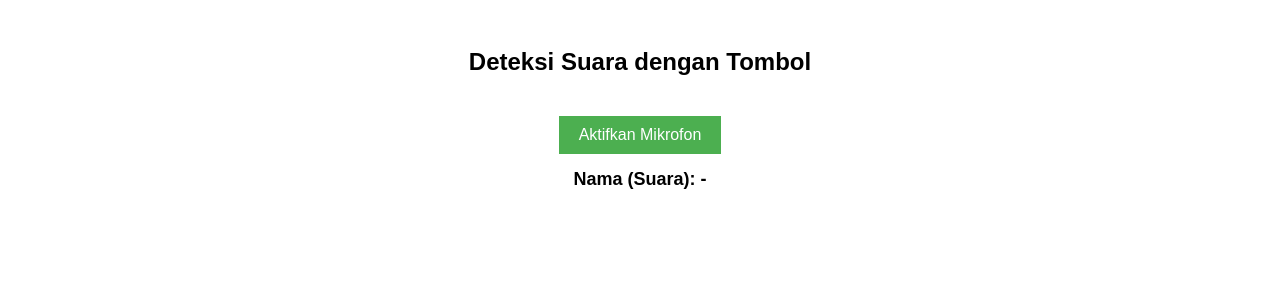
Repository: RalfyBawinto/working-teachable-machine
Page: model2.html
An editor plug-in stored every save of this project. The page is shown before and after the next save, followed by the edit.
The browser window is 1280 px wide. The pictures show the whole page.

Above is the page before, as saved 2025-04-22 01:05:11.

### model2.html
<!DOCTYPE html>
<html lang="id">
  <head>
    <meta charset="UTF-8" />
    <meta name="viewport" content="width=device-width, initial-scale=1.0" />
    <title>Deteksi Suara dengan Tombol</title>
    <style>
      body {
        font-family: Arial, sans-serif;
        text-align: center;
        padding: 20px;
      }
      video {
        width: 100%;
        max-width: 400px;
        border-radius: 10px;
        border: 2px solid #444;
      }
      .output {
        margin-top: 15px;
        font-size: 18px;
        font-weight: bold;
      }
      button {
        margin-top: 20px;
        padding: 10px 20px;
        font-size: 16px;
        background-color: #4caf50;
        color: white;
        border: none;
        cursor: pointer;
      }
      button:hover {
        background-color: #45a049;
      }
    </style>
  </head>
  <body>
    <h2>Deteksi Suara dengan Tombol</h2>

    <!-- Tombol untuk mengaktifkan mikrofon -->
    <button onclick="startAudioDetection()">Aktifkan Mikrofon</button>

    <div class="output" id="voice-output">Nama (Suara): -</div>

    <!-- TensorFlow.js -->
    <script src="https://cdn.jsdelivr.net/npm/@tensorflow/tfjs@3.21.0/dist/tf.min.js"></script>
    <script src="https://cdn.jsdelivr.net/npm/@teachablemachine/audio@0.8/dist/teachablemachine-audio.min.js"></script>

    <script>
      const voiceModelURL =
        "https://teachablemachine.withgoogle.com/models/r1dg1ZGh5/";

      let audioModel;

      // Fungsi untuk memulai deteksi suara
      async function startAudioDetection() {
        try {
          // Memuat model suara baru
          audioModel = await tmAudio.load(
            voiceModelURL + "model.json",
            voiceModelURL + "metadata.json"
          );
          console.log("Model suara berhasil dimuat.");

          // Menampilkan status mikrofon aktif
          document.getElementById("voice-output").innerText =
            "Mikrofon aktif, mendeteksi suara...";

          // Mulai mendeteksi suara
          detectVoice();
        } catch (err) {
          console.error("Gagal memuat model suara:", err);
          document.getElementById("voice-output").innerText =
            "Gagal memuat model suara ❌";
        }
      }

      // Fungsi untuk mendeteksi suara
      async function detectVoice() {
        try {
          await audioModel.listen(
            async () => {
              const prediction = await audioModel.predict();
              const highest = prediction.reduce(
                (max, p) => (p.probability > max.probability ? p : max),
                { probability: 0 }
              );
              document.getElementById(
                "voice-output"
              ).innerText = `Nama (Suara): ${highest.className} (${(
                highest.probability * 100
              ).toFixed(1)}%)`;
            },
            {
              probabilityThreshold: 0.85,
              overlapFactor: 0.5,
            }
          );
        } catch (err) {
          console.error("Gagal mendengarkan suara:", err);
          alert("Tidak dapat mengakses mikrofon atau memulai deteksi suara.");
        }
      }
    </script>
  </body>
</html>

After the next save:
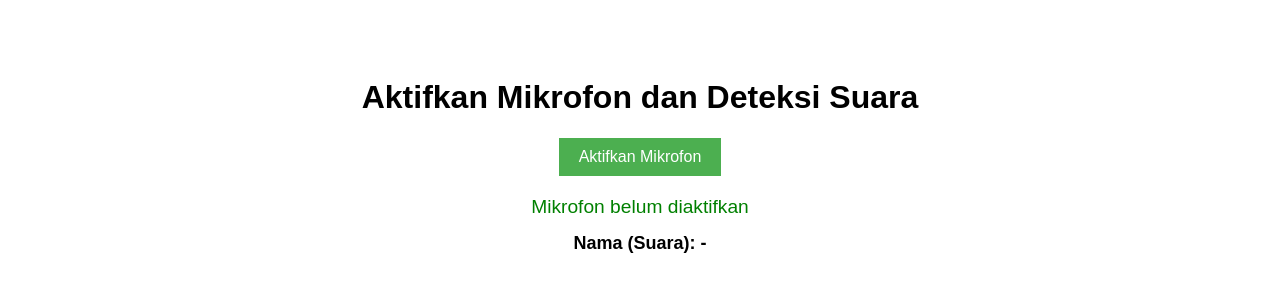
Saved 3 min 1 s later.
--- a/model2.html
+++ b/model2.html
@@ -2,19 +2,18 @@
 <html lang="id">
   <head>
     <meta charset="UTF-8" />
-    <meta name="viewport" content="width=device-width, initial-scale=1.0" />
-    <title>Deteksi Suara dengan Tombol</title>
+    <meta name="viewport" content="width=device-width, initial-scale=1" />
+    <title>Deteksi Suara dengan Mikrofon</title>
     <style>
       body {
         font-family: Arial, sans-serif;
         text-align: center;
-        padding: 20px;
+        padding: 50px;
       }
-      video {
-        width: 100%;
-        max-width: 400px;
-        border-radius: 10px;
-        border: 2px solid #444;
+      #status {
+        margin-top: 20px;
+        font-size: 1.2em;
+        color: green;
       }
       .output {
         margin-top: 15px;
@@ -22,7 +21,6 @@
         font-weight: bold;
       }
       button {
-        margin-top: 20px;
         padding: 10px 20px;
         font-size: 16px;
         background-color: #4caf50;
@@ -36,11 +34,9 @@
     </style>
   </head>
   <body>
-    <h2>Deteksi Suara dengan Tombol</h2>
-
-    <!-- Tombol untuk mengaktifkan mikrofon -->
-    <button onclick="startAudioDetection()">Aktifkan Mikrofon</button>
-
+    <h1>Aktifkan Mikrofon dan Deteksi Suara</h1>
+    <button onclick="aktifkanMikrofon()">Aktifkan Mikrofon</button>
+    <div id="status">Mikrofon belum diaktifkan</div>
     <div class="output" id="voice-output">Nama (Suara): -</div>
 
     <!-- TensorFlow.js -->
@@ -53,26 +49,32 @@
 
       let audioModel;
 
-      // Fungsi untuk memulai deteksi suara
-      async function startAudioDetection() {
+      // Fungsi untuk mengaktifkan mikrofon
+      async function aktifkanMikrofon() {
         try {
-          // Memuat model suara baru
+          const stream = await navigator.mediaDevices.getUserMedia({
+            audio: true,
+          });
+          document.getElementById("status").textContent = "Mikrofon aktif 🎤";
+          console.log("Mikrofon berhasil diakses", stream);
+
+          // Memuat model suara dari Teachable Machine setelah mikrofon diaktifkan
           audioModel = await tmAudio.load(
             voiceModelURL + "model.json",
             voiceModelURL + "metadata.json"
           );
           console.log("Model suara berhasil dimuat.");
 
-          // Menampilkan status mikrofon aktif
+          // Menampilkan status model dimuat dan mulai deteksi suara
           document.getElementById("voice-output").innerText =
             "Mikrofon aktif, mendeteksi suara...";
 
           // Mulai mendeteksi suara
           detectVoice();
         } catch (err) {
-          console.error("Gagal memuat model suara:", err);
-          document.getElementById("voice-output").innerText =
-            "Gagal memuat model suara ❌";
+          console.error("Gagal mengakses mikrofon:", err);
+          document.getElementById("status").textContent =
+            "Gagal mengakses mikrofon ❌";
         }
       }
 
@@ -99,7 +101,8 @@
           );
         } catch (err) {
           console.error("Gagal mendengarkan suara:", err);
-          alert("Tidak dapat mengakses mikrofon atau memulai deteksi suara.");
+          document.getElementById("voice-output").innerText =
+            "Gagal mendeteksi suara ❌";
         }
       }
     </script>
